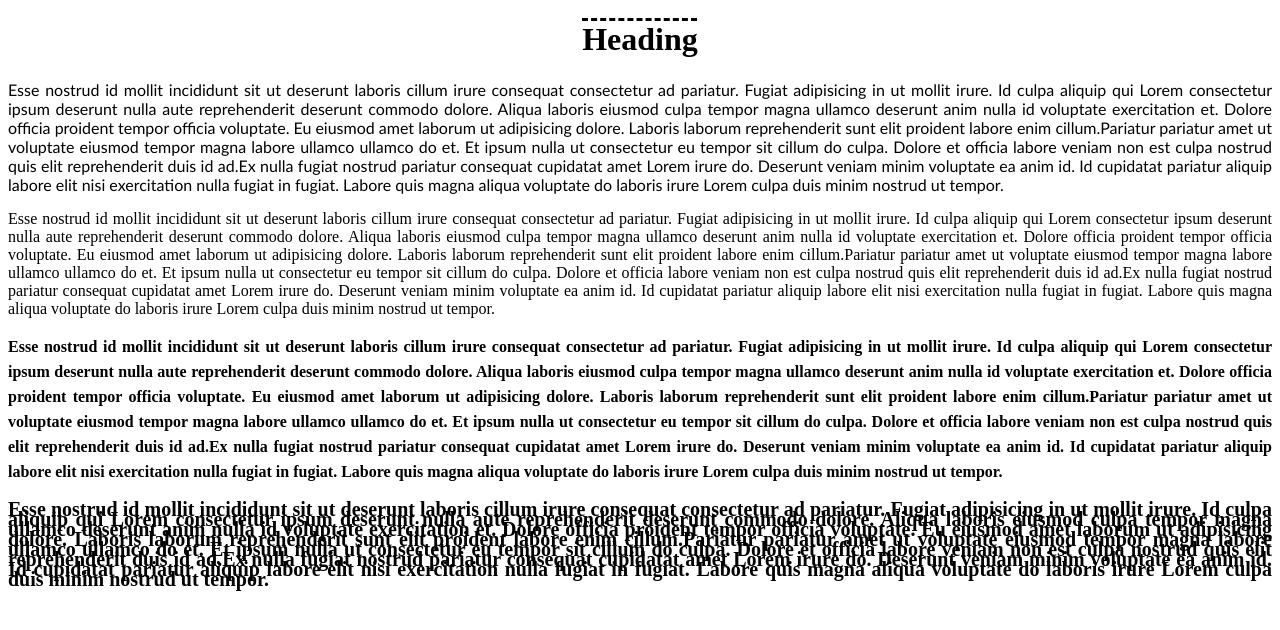
Repository: rakeshkolpepatil/CSS_Apana_College
Page: index.html
An editor plug-in stored every save of this project. The page is shown before and after the next save, followed by the edit.
The browser window is 1280 px wide. The pictures show the whole page.

Above is the page before, as saved 2023-06-22 09:54:41.

### index.html
<!DOCTYPE html>
<html lang="en">
<head>
  <meta charset="UTF-8">
  <meta name="viewport" content="width=device-width, initial-scale=1.0">
  <title>Document</title>
  <link rel="stylesheet" href="styleTwo.css">
</head>
<body>
  <h1> Heading </h1>
  <p id="pOne">Esse nostrud id mollit incididunt sit ut deserunt laboris cillum irure consequat consectetur ad pariatur. Fugiat adipisicing in ut mollit irure. Id culpa aliquip qui Lorem consectetur ipsum deserunt nulla aute reprehenderit deserunt commodo dolore. Aliqua laboris eiusmod culpa tempor magna ullamco deserunt anim nulla id voluptate exercitation et. Dolore officia proident tempor officia voluptate. Eu eiusmod amet laborum ut adipisicing dolore. Laboris laborum reprehenderit sunt elit proident labore enim cillum.Pariatur pariatur amet ut voluptate eiusmod tempor magna labore ullamco ullamco do et. Et ipsum nulla ut consectetur eu tempor sit cillum do culpa. Dolore et officia labore veniam non est culpa nostrud quis elit reprehenderit duis id ad.Ex nulla fugiat nostrud pariatur consequat cupidatat amet Lorem irure do. Deserunt veniam minim voluptate ea anim id. Id cupidatat pariatur aliquip labore elit nisi exercitation nulla fugiat in fugiat. Labore quis magna aliqua voluptate do laboris irure Lorem culpa duis minim nostrud ut tempor.
  </p>
  <p id="pTwo">Esse nostrud id mollit incididunt sit ut deserunt laboris cillum irure consequat consectetur ad pariatur. Fugiat adipisicing in ut mollit irure. Id culpa aliquip qui Lorem consectetur ipsum deserunt nulla aute reprehenderit deserunt commodo dolore. Aliqua laboris eiusmod culpa tempor magna ullamco deserunt anim nulla id voluptate exercitation et. Dolore officia proident tempor officia voluptate. Eu eiusmod amet laborum ut adipisicing dolore. Laboris laborum reprehenderit sunt elit proident labore enim cillum.Pariatur pariatur amet ut voluptate eiusmod tempor magna labore ullamco ullamco do et. Et ipsum nulla ut consectetur eu tempor sit cillum do culpa. Dolore et officia labore veniam non est culpa nostrud quis elit reprehenderit duis id ad.Ex nulla fugiat nostrud pariatur consequat cupidatat amet Lorem irure do. Deserunt veniam minim voluptate ea anim id. Id cupidatat pariatur aliquip labore elit nisi exercitation nulla fugiat in fugiat. Labore quis magna aliqua voluptate do laboris irure Lorem culpa duis minim nostrud ut tempor.
  </p>
  <p id="pThree">Esse nostrud id mollit incididunt sit ut deserunt laboris cillum irure consequat consectetur ad pariatur. Fugiat adipisicing in ut mollit irure. Id culpa aliquip qui Lorem consectetur ipsum deserunt nulla aute reprehenderit deserunt commodo dolore. Aliqua laboris eiusmod culpa tempor magna ullamco deserunt anim nulla id voluptate exercitation et. Dolore officia proident tempor officia voluptate. Eu eiusmod amet laborum ut adipisicing dolore. Laboris laborum reprehenderit sunt elit proident labore enim cillum.Pariatur pariatur amet ut voluptate eiusmod tempor magna labore ullamco ullamco do et. Et ipsum nulla ut consectetur eu tempor sit cillum do culpa. Dolore et officia labore veniam non est culpa nostrud quis elit reprehenderit duis id ad.Ex nulla fugiat nostrud pariatur consequat cupidatat amet Lorem irure do. Deserunt veniam minim voluptate ea anim id. Id cupidatat pariatur aliquip labore elit nisi exercitation nulla fugiat in fugiat. Labore quis magna aliqua voluptate do laboris irure Lorem culpa duis minim nostrud ut tempor.
  </p>
  <p id="pFour">Esse nostrud id mollit incididunt sit ut deserunt laboris cillum irure consequat consectetur ad pariatur. Fugiat adipisicing in ut mollit irure. Id culpa aliquip qui Lorem consectetur ipsum deserunt nulla aute reprehenderit deserunt commodo dolore. Aliqua laboris eiusmod culpa tempor magna ullamco deserunt anim nulla id voluptate exercitation et. Dolore officia proident tempor officia voluptate. Eu eiusmod amet laborum ut adipisicing dolore. Laboris laborum reprehenderit sunt elit proident labore enim cillum.Pariatur pariatur amet ut voluptate eiusmod tempor magna labore ullamco ullamco do et. Et ipsum nulla ut consectetur eu tempor sit cillum do culpa. Dolore et officia labore veniam non est culpa nostrud quis elit reprehenderit duis id ad.Ex nulla fugiat nostrud pariatur consequat cupidatat amet Lorem irure do. Deserunt veniam minim voluptate ea anim id. Id cupidatat pariatur aliquip labore elit nisi exercitation nulla fugiat in fugiat. Labore quis magna aliqua voluptate do laboris irure Lorem culpa duis minim nostrud ut tempor.
  </p>
</body>
</html>

### styleTwo.css
h1{
  text-align: center;
  text-decoration:  dotted underline  ;
  text-decoration:  dashed overline  ;
}
#pOne{
  text-align: justify;
  font-weight: 100;
  font-family: 'Gill Sans', 'Gill Sans MT', Calibri, 'Trebuchet MS', sans-serif;
}
#pTwo{
  text-align: justify;
  font-weight: 300;
}
#pThree{
  text-align: justify;
  line-height: 25px;
  font-weight: 600;
}
#pFour{
  text-align: justify;
  font-size: 20px;
  line-height: 10px;
  font-weight: 900;
}

After the next save:
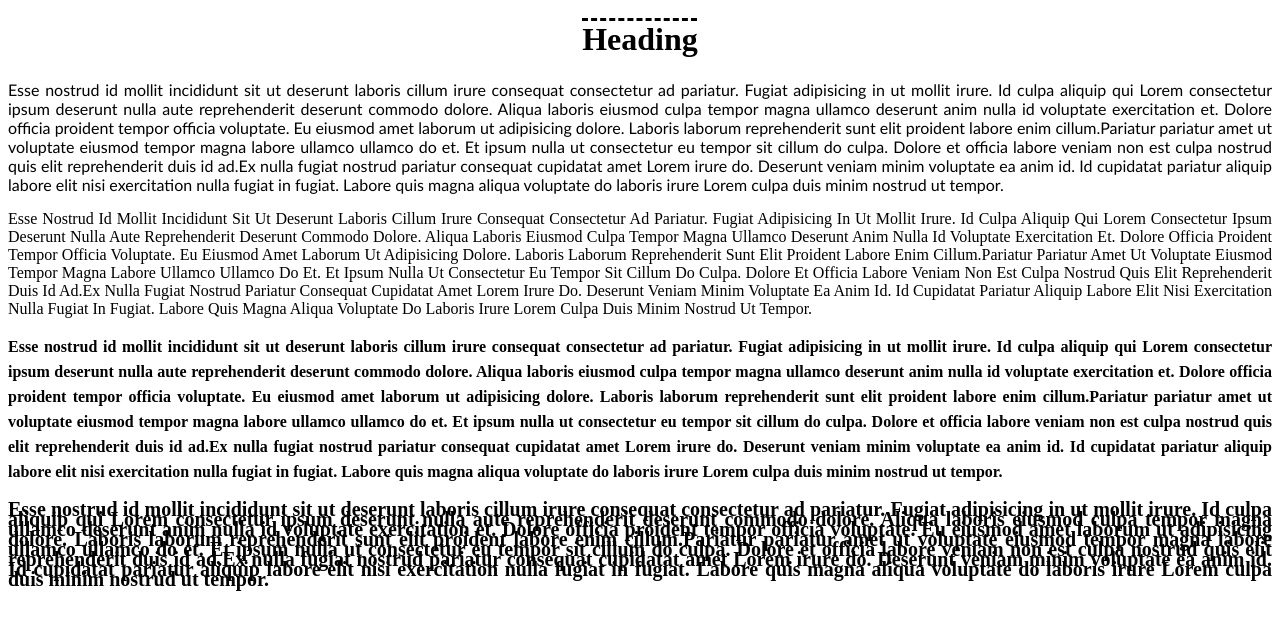
Saved 27 s later.
--- a/styleTwo.css
+++ b/styleTwo.css
@@ -9,14 +9,17 @@ h1{
   font-family: 'Gill Sans', 'Gill Sans MT', Calibri, 'Trebuchet MS', sans-serif;
 }
 #pTwo{
+  text-transform: capitalize;
   text-align: justify;
   font-weight: 300;
 }
+
 #pThree{
   text-align: justify;
   line-height: 25px;
   font-weight: 600;
 }
+
 #pFour{
   text-align: justify;
   font-size: 20px;
